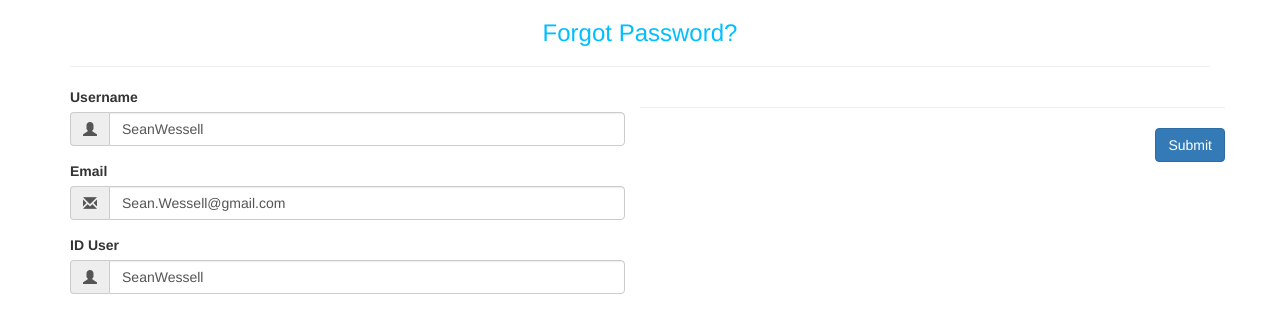
Repository: phamtailinh/webtintuc
Page: http://localhost/doicapdat/Quenmk.jsp
The author's editor kept a copy of each file at every save. The page is drawn from the files as they stood at one save, then again after the next save.
The browser window is 1280 px wide. The pictures show the whole page.
Some web libraries are served in a nearby version. The page is served by Tomcat 9. Other server files are loaded and not shown.

Above is the page before, as saved 2022-01-07 08:43:25.
Console error (its wording comes from the project's code and is left out).

### doicapdat/src/main/webapp/Quenmk.jsp
<%@ page language="java" contentType="text/html; charset=ISO-8859-1"
	pageEncoding="ISO-8859-1"%>
<!DOCTYPE html>
<html>
<head>
<meta charset="ISO-8859-1">
<title>Insert title here</title>
<link
	href="//maxcdn.bootstrapcdn.com/bootstrap/3.3.0/css/bootstrap.min.css"
	rel="stylesheet" id="bootstrap-css">
<script
	src="//maxcdn.bootstrapcdn.com/bootstrap/3.3.0/js/bootstrap.min.js"></script>
<script src="//code.jquery.com/jquery-1.11.1.min.js"></script>
<style type="text/css">
.popover.primary {
	border-color: #337ab7;
}

.popover.primary>.arrow {
	border-top-color: #337ab7;
}

.popover.primary>.popover-title {
	color: #fff;
	background-color: #337ab7;
	border-color: #337ab7;
}

.popover.success {
	border-color: #d6e9c6;
}

.popover.success>.arrow {
	border-top-color: #d6e9c6;
}

.popover.success>.popover-title {
	color: #3c763d;
	background-color: #dff0d8;
	border-color: #d6e9c6;
}

.popover.info {
	border-color: #bce8f1;
}

.popover.info>.arrow {
	border-top-color: #bce8f1;
}

.popover.info>.popover-title {
	color: #31708f;
	background-color: #d9edf7;
	border-color: #bce8f1;
}

.popover.warning {
	border-color: #faebcc;
}

.popover.warning>.arrow {
	border-top-color: #faebcc;
}

.popover.warning>.popover-title {
	color: #8a6d3b;
	background-color: #fcf8e3;
	border-color: #faebcc;
}

.popover.danger {
	border-color: #ebccd1;
}

.popover.danger>.arrow {
	border-top-color: #ebccd1;
}

.popover.danger>.popover-title {
	color: #a94442;
	background-color: #f2dede;
	border-color: #ebccd1;
}
</style>
</head>
<body>
	<div class="container">

		<h3 style="color: #00BFFF; text-align: center;">Forgot Password?</h3>
		<hr>
		<div class="row">
			<div class="col-lg-6">
				<div class="form-group">
					<label>Username</label>
					<div class="input-group">
						<span class="input-group-addon"><span
							class="glyphicon glyphicon-user"></span></span> <input type="text"
							class="form-control" name="Username" id="Username"
							placeholder="Requested Username" required value="SeanWessell">
					</div>
				</div>
				<div class="form-group">
					<label>Email</label>
					<div class="input-group">
						<span class="input-group-addon"><span
							class="glyphicon glyphicon-envelope"></span></span> <input type="text"
							class="form-control" name="Email" id="Email"
							placeholder="Requested Email" required
							value="Sean.Wessell@gmail.com">
					</div>
				</div>
				<div class="form-group">
               <label>ID User</label>
					<div class="input-group">
						<span class="input-group-addon"><span
							class="glyphicon glyphicon-user"></span></span> <input type="text"
							class="form-control" name="Username" id="Username"
							placeholder="Requested Username" required value="SeanWessell">
					</div>
            </div>


			</div>
			<hr>
			<input type="submit" name="submit" id="submit" value="Submit"
				class="btn btn-primary pull-right">
		</div>
	</div>
	</div>
</body>
</html>

After the next save:
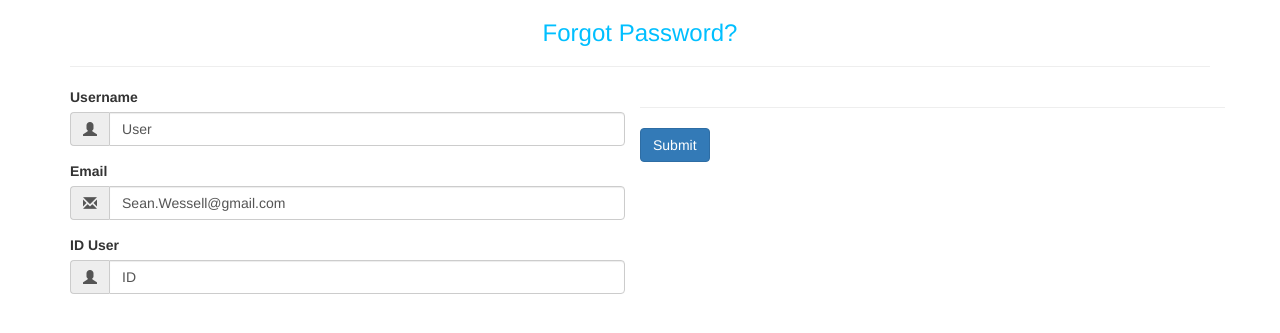
Saved 74 s later.
--- a/doicapdat/src/main/webapp/Quenmk.jsp
+++ b/doicapdat/src/main/webapp/Quenmk.jsp
@@ -96,7 +96,7 @@
 						<span class="input-group-addon"><span
 							class="glyphicon glyphicon-user"></span></span> <input type="text"
 							class="form-control" name="Username" id="Username"
-							placeholder="Requested Username" required value="SeanWessell">
+							placeholder="Requested Username" required value="User">
 					</div>
 				</div>
 				<div class="form-group">
@@ -115,7 +115,7 @@
 						<span class="input-group-addon"><span
 							class="glyphicon glyphicon-user"></span></span> <input type="text"
 							class="form-control" name="Username" id="Username"
-							placeholder="Requested Username" required value="SeanWessell">
+							placeholder="Requested Username" required value="ID">
 					</div>
             </div>
 
@@ -123,7 +123,7 @@
 			</div>
 			<hr>
 			<input type="submit" name="submit" id="submit" value="Submit"
-				class="btn btn-primary pull-right">
+				class="btn btn-primary pull-left">
 		</div>
 	</div>
 	</div>
